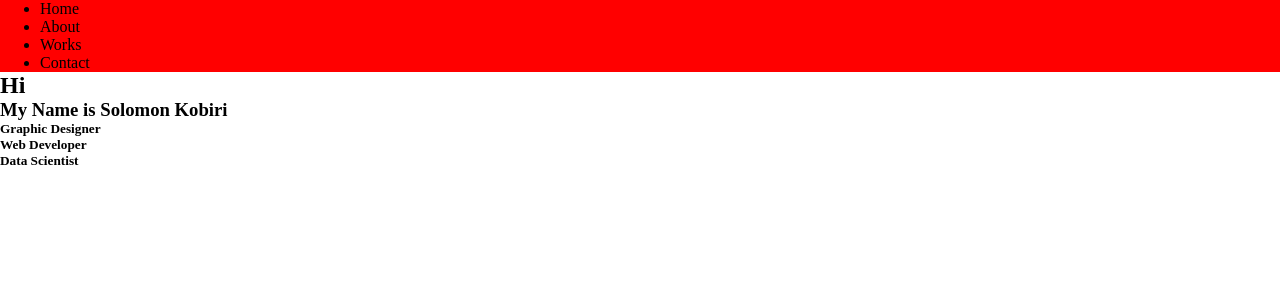
Repository: Kwabena-Kobiri/yellocoders
Page: index.html
An editor plug-in stored every save of this project. The page is shown before and after the next save, followed by the edit.
The browser window is 1280 px wide. The pictures show the whole page.

Above is the page before, as saved 2021-05-05 18:38:59.

After the next save:
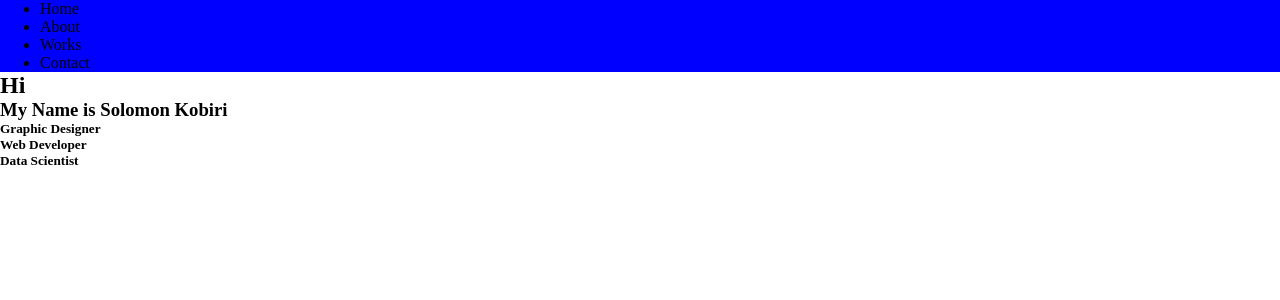
Saved 36 s later.
--- a/index.css
+++ b/index.css
@@ -8,4 +8,8 @@
     background-color:red;
 }
 
+#nav {
+    background-color: blue;
+}
+
 /* HEADER STYLING ENDS HERE */
